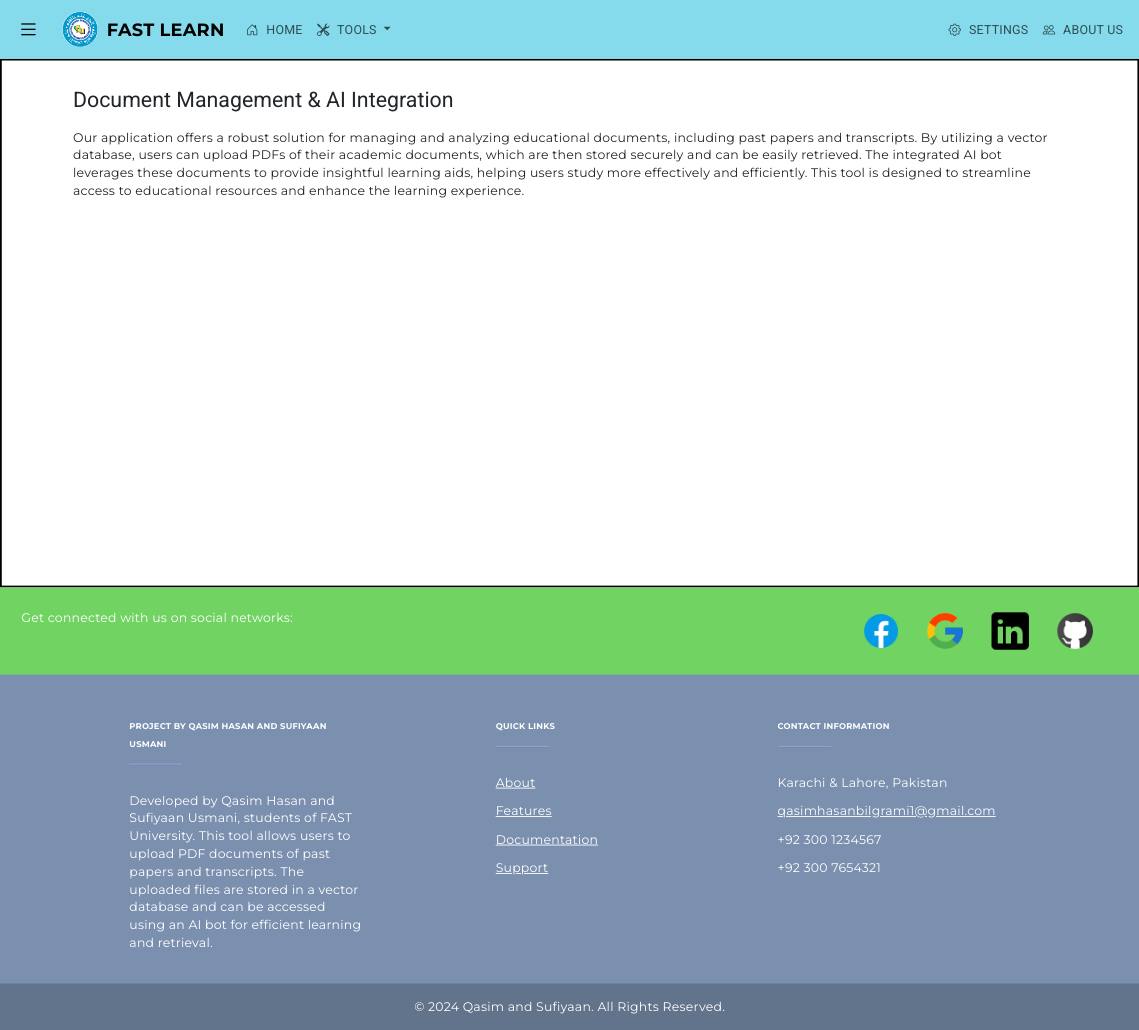
Repository: fastlearn-e0c9858e10ed/Frontend
Page: / (app in fastlearn/)
These files come from the project's save history. The page is drawn as it stood at one moment and after the next save; the edit follows.
The browser window is 1280 px wide. The pictures show the whole page, at 89% of full size.
The project was rebuilt for these pictures with package versions that can differ from the ones it lists, and the page was loaded fresh each time. Also part of the build but not shown: fastlearn/angular.json.

Above is the page before, as saved 2024-08-19 10:42:00.

After the next save:
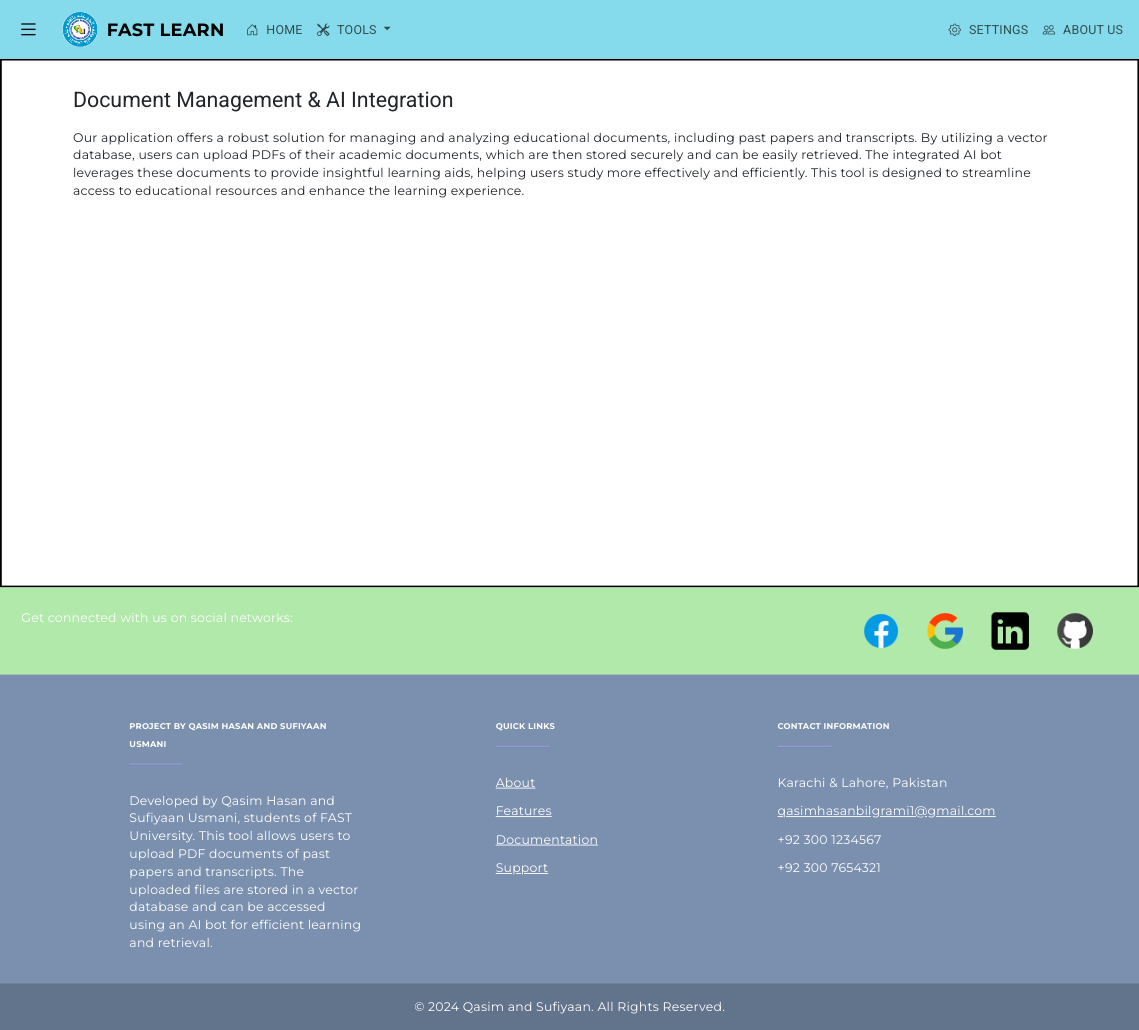
Saved 18 s later.
--- a/fastlearn/src/app/components/footer-page/footer-page.component.css
+++ b/fastlearn/src/app/components/footer-page/footer-page.component.css
@@ -13,7 +13,7 @@
 
 /* Social media section styling */
 .social-media-section {
-  background-color: #70d362; /* Green background color */
+  background-color: #b1e9aa; /* Green background color */
 }
 
 .social-media-section .text-white {
